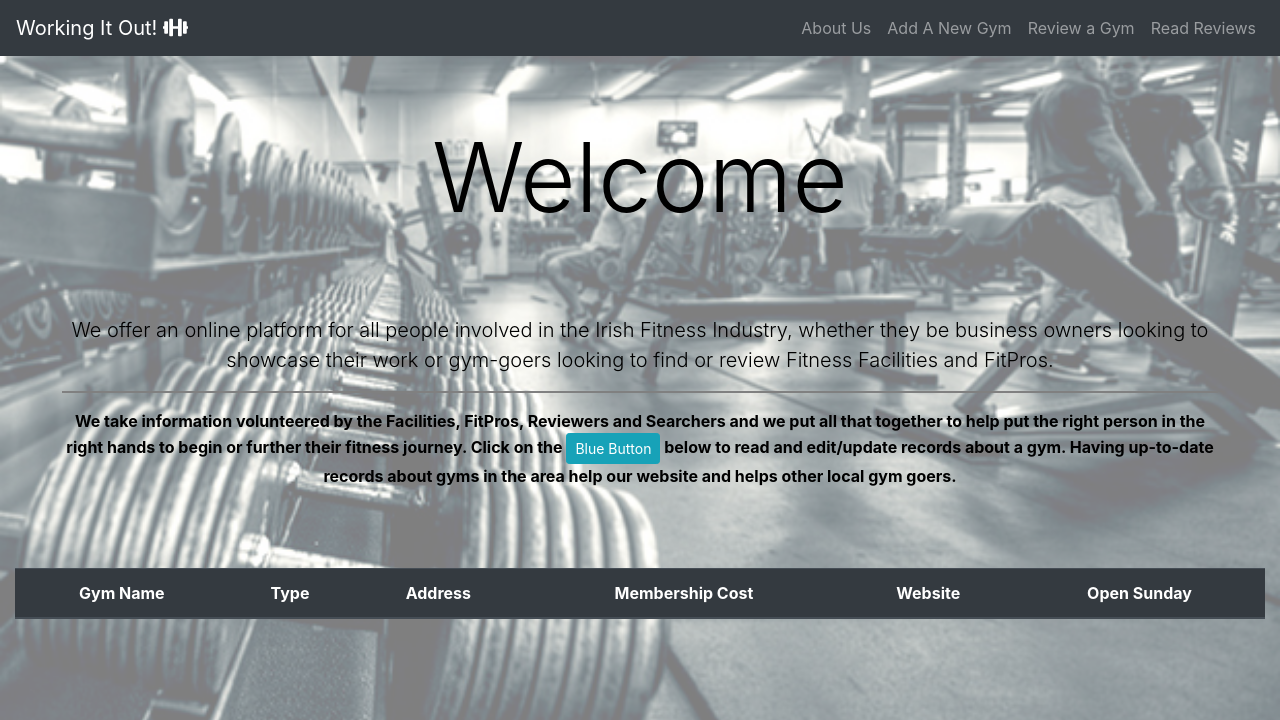
Repository: cgaynor91/Working_It_Out
Page: http://localhost/
The author's editor kept a record of every edit. The page is drawn from the files as they stood at one moment, then again after the next edit.
The browser window is 1280 px wide. The pictures show the whole page.
Some web libraries are served in a nearby version. The page is served by the project's application, run on Flask 3 (app.py). Queries for data that is not in the repository find no rows.

Above is the page before.

After the next edit:
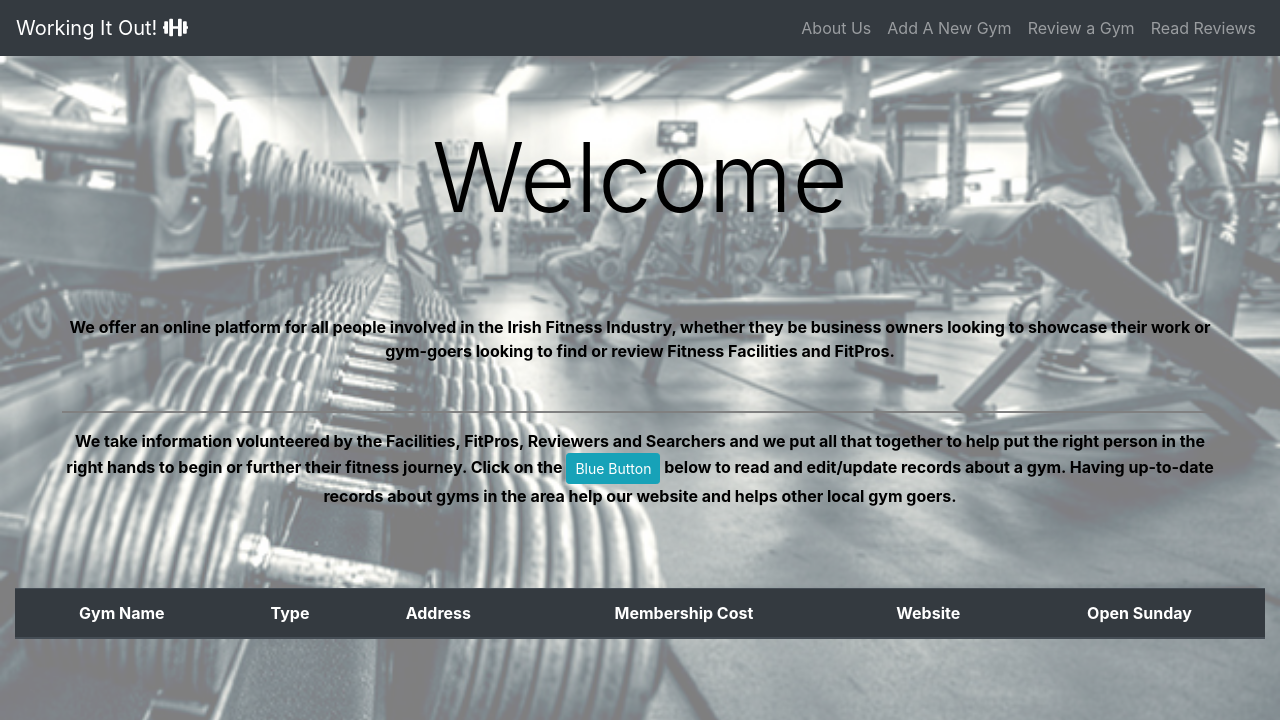
The edit:
--- a/templates/home.html
+++ b/templates/home.html
@@ -5,7 +5,7 @@
   <div class="col-12 jumbo-text">
    <div class="jumbotron">
     <h1 class="display-3">Welcome</h1>
-    <p class="lead">We offer an online platform for all people involved in the Irish Fitness Industry, whether they be business owners looking to showcase their work or gym-goers looking to find or review Fitness Facilities and FitPros.</p>
+    <p class="welcome-para"></b>We offer an online platform for all people involved in the Irish Fitness Industry, whether they be business owners looking to showcase their work or gym-goers looking to find or review Fitness Facilities and FitPros.</p>
     <hr>
     <p>We take information volunteered by the Facilities, FitPros, Reviewers and Searchers and we put all that together to help put the right person in the right hands to begin or further their fitness journey. Click on the <button type="button" class="btn btn-info btn-sm">Blue Button</button>     below to read and edit/update records about a gym. Having up-to-date records about gyms in the area help our website and helps other local gym goers.</p>
    </div>
